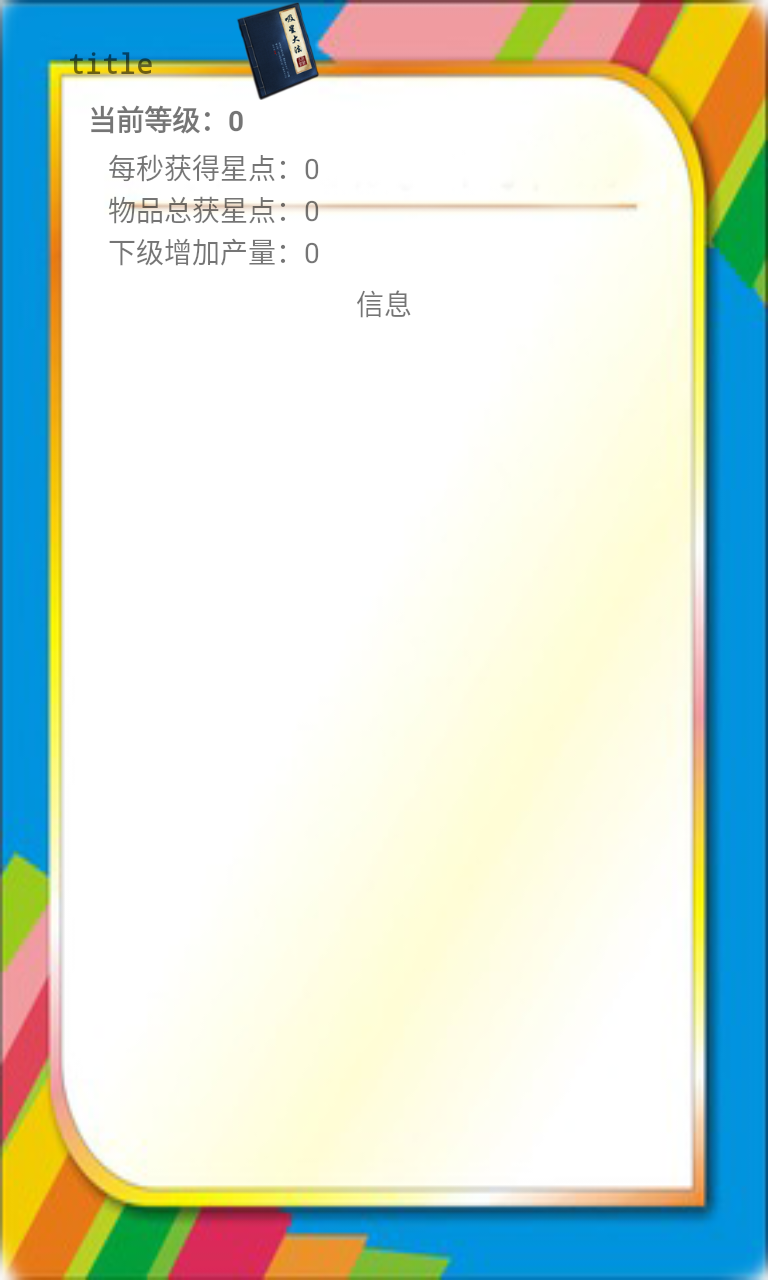
Repository: xianyun2014/StarPoint
Layout: game/res/layout/build_info_view.xml
An editor plug-in stored every save of this project. The layout is shown before and after the next save, followed by the edit.
It is drawn on a 768 x 1280 px phone screen (xhdpi) without system bars, with theme AppTheme; the app's code is not run.

Above is the layout before, as saved 2014-11-17 15:30:43.

After the next save:
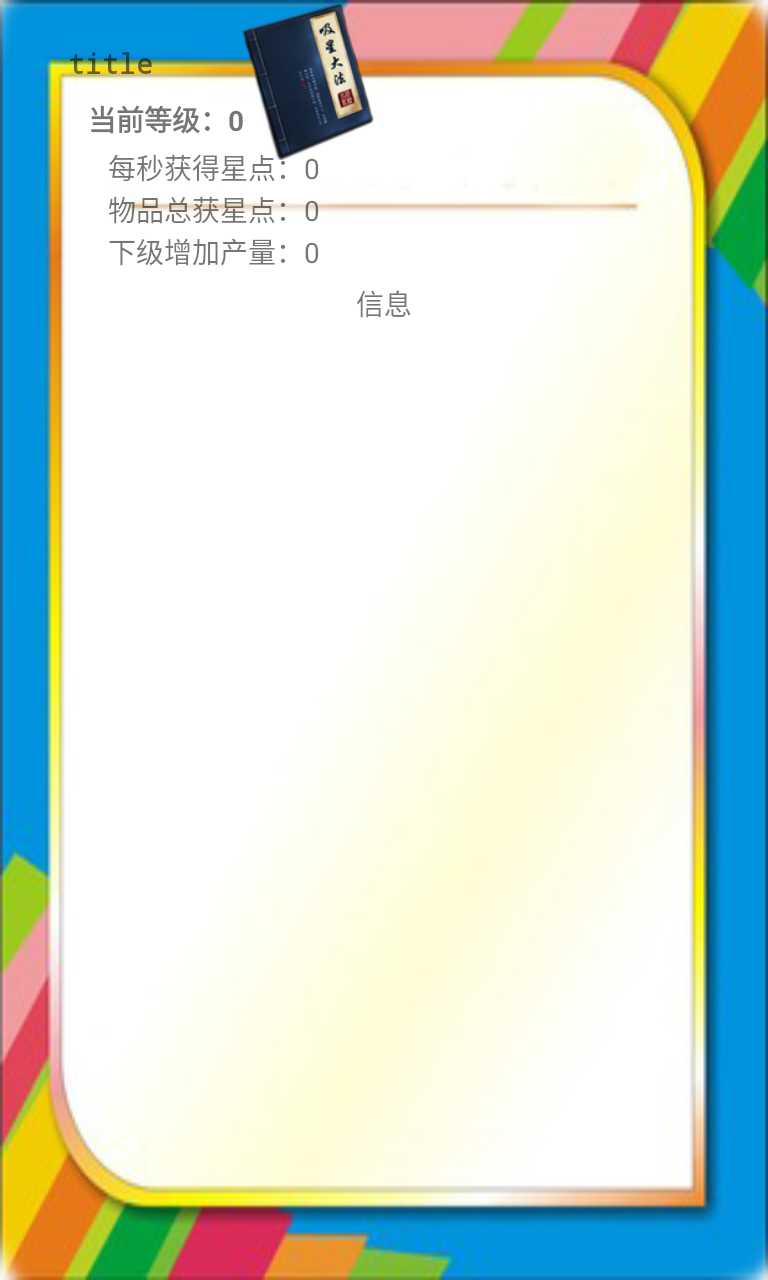
Saved 9 s later.
--- a/game/res/layout/build_info_view.xml
+++ b/game/res/layout/build_info_view.xml
@@ -133,8 +133,8 @@
 
     <ImageView
         android1:id="@+id/imageView2"
-        android1:layout_width="50dp"
-        android1:layout_height="50dp"
+        android1:layout_width="80dp"
+        android1:layout_height="80dp"
         android1:layout_alignParentTop="true"
         android1:layout_toRightOf="@+id/textcurlevel"
         android1:src="@drawable/jz_xzdf" />
